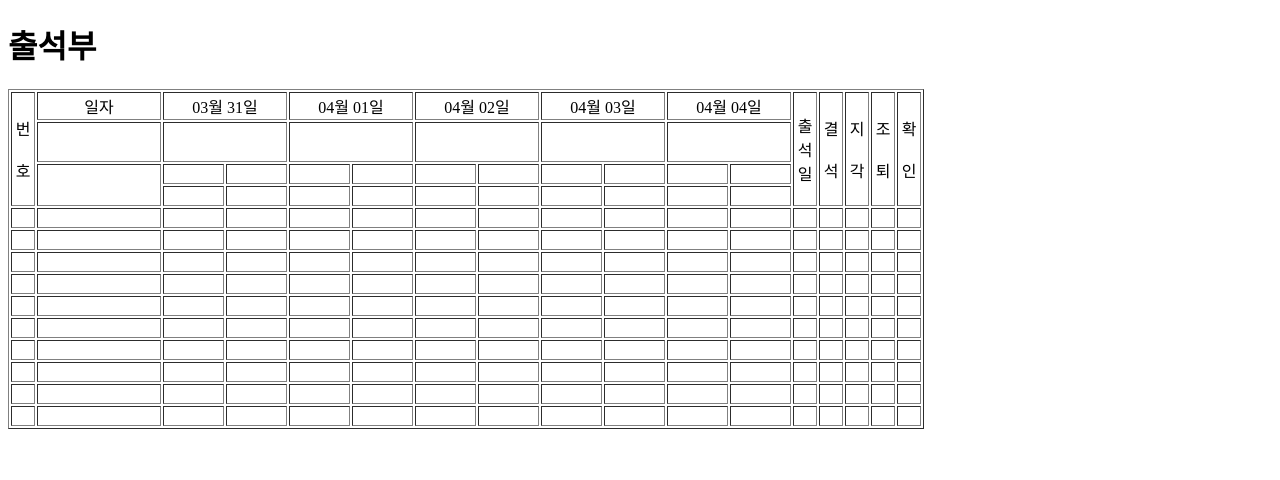
Repository: sujin9335/Front-end
Page: ClientTest/src/main/webapp/html/문제/11.html
An editor plug-in stored every save of this project. The page is shown before and after the next save, followed by the edit.
The browser window is 1280 px wide. The pictures show the whole page.

Above is the page before, as saved 2023-09-21 02:50:18.

After the next save:
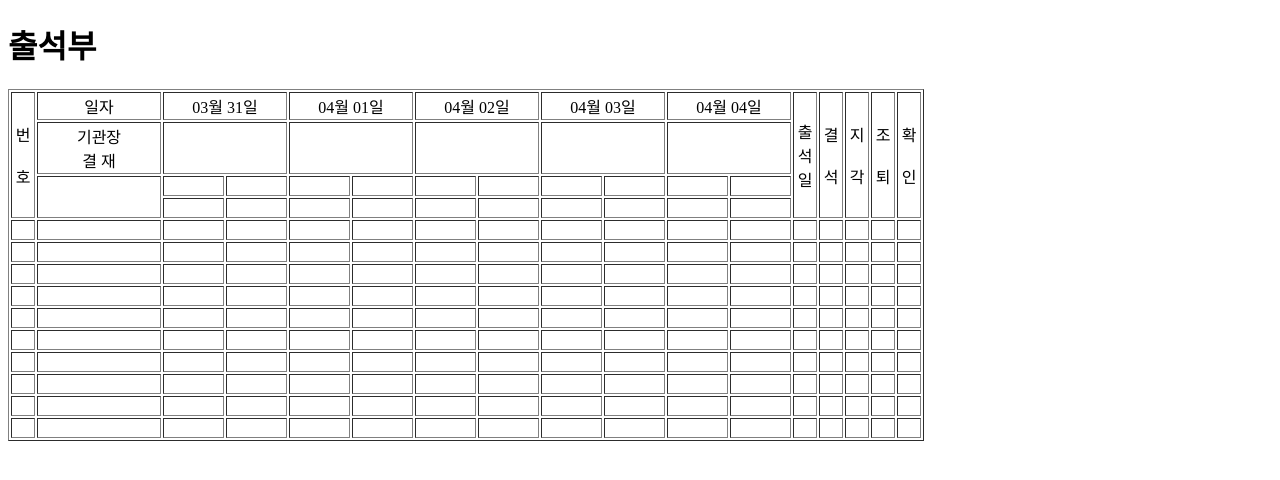
Saved 11 min 49 s later.
--- a/ClientTest/src/main/webapp/html/문제/11.html
+++ b/ClientTest/src/main/webapp/html/문제/11.html
@@ -24,7 +24,7 @@
 			<td align="center" width="20" rowspan="4">확<br><br>인</td>
 		</tr>
 		<tr height="40">
-			<td align="center"></td>
+			<td align="center">기관장<br>결 재</td>
 			<td align="center" colspan="2"></td>
 			<td align="center" colspan="2"></td>
 			<td align="center" colspan="2"></td>
